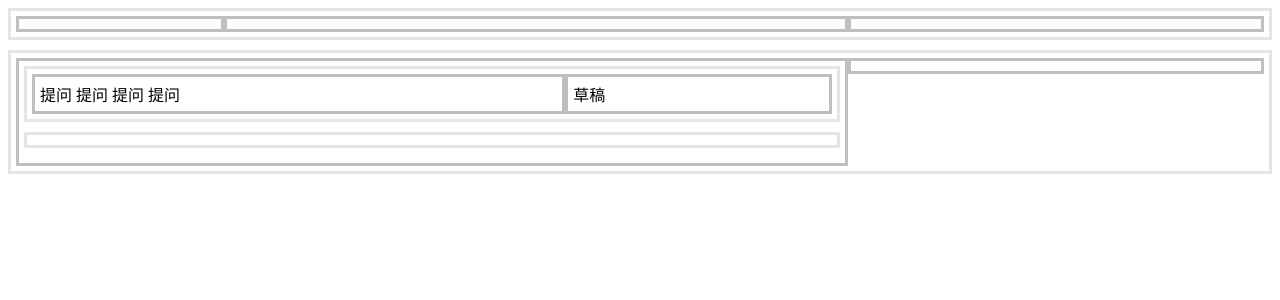
Repository: 0xbul1/biao-class-3
Page: practice/012-float-grid/zhihu.html
The author's editor kept a copy of each file at every save. The page is drawn from the files as they stood at one save, then again after the next save.
The browser window is 1280 px wide. The pictures show the whole page.

Above is the page before, as saved 2018-10-04 14:14:58.

### practice/012-float-grid/zhihu.html
<style>
    * {
        box-sizing: border-box;
    }
    .row {
        border: solid rgba(0, 0, 0, .1);
        margin-bottom: 10px;
        padding: 5px;
    }
    .row::before,
    .row::after {
        content: '';
        display: block;
        clear: both;
    }
    .col-1,
    .col-2,
    .col-3,
    .col-4,
    .col-5,
    .col-6,
    .col-7,
    .col-8,
    .col-9,
    .col-10,
    .col-11,
    .col-12,
    .col {
        float: left;
        padding: 5px;
        border: solid rgba(0, 0, 0, .25);
    }
    .col-1 {
        width: 8.333333333333333%;
    }
    .col-2 {
        width: 16.666666666666666%;
    }
    .col-3 {
        width: 25%;
    }
    .col-4 {
        width: 33.333333333333333%;
    }
    .col-5 {
        width: 41.666666666666666%;
    }
    .col-6 {
        width: 50%;
    }
    .col-7 {
        width: 58.333333333333333%;
    }
    .col-8 {
        width: 66.666666666666666%;
    }
    .col-9 {
        width: 75%;
    }
    .col-10 {
        width: 83.333333333333333%;
    }
    .col-11 {
        width: 91.666666666666666%;
    }
    .col-12 {
        width: 100%;
    }
</style>
<div class="row nav">
    <div class="col-2"></div>
    <div class="col-6"></div>
    <div class="col-4"></div>
</div>
<div class="row">
    <div class="col-8 content">
        <div class="row tool">
            <div class="col-8"> 提问 提问 提问 提问</div>
            <div class="col-4">草稿</div>
        </div>
        <div class="row activity">

        </div>
    </div>
    <div class="col-4 sidebar"></div>
</div>

After the next save:
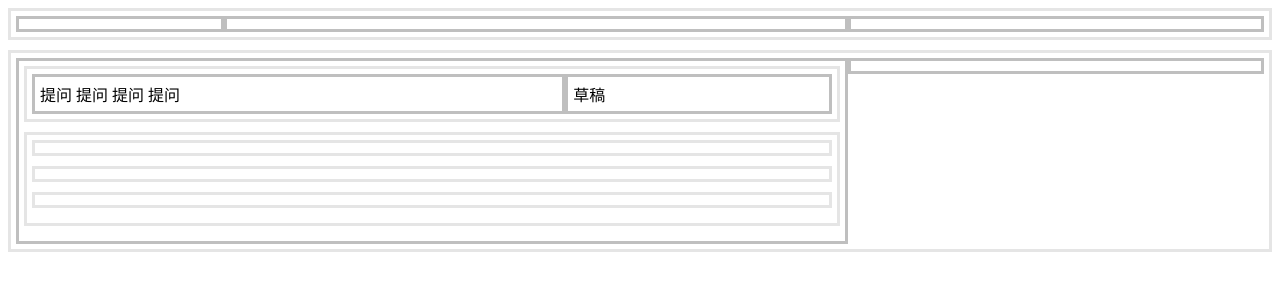
Saved 9 s later.
--- a/practice/012-float-grid/zhihu.html
+++ b/practice/012-float-grid/zhihu.html
@@ -79,7 +79,9 @@
             <div class="col-4">草稿</div>
         </div>
         <div class="row activity">
-
+            <div class="row"></div>
+            <div class="row"></div>
+            <div class="row"></div>
         </div>
     </div>
     <div class="col-4 sidebar"></div>
